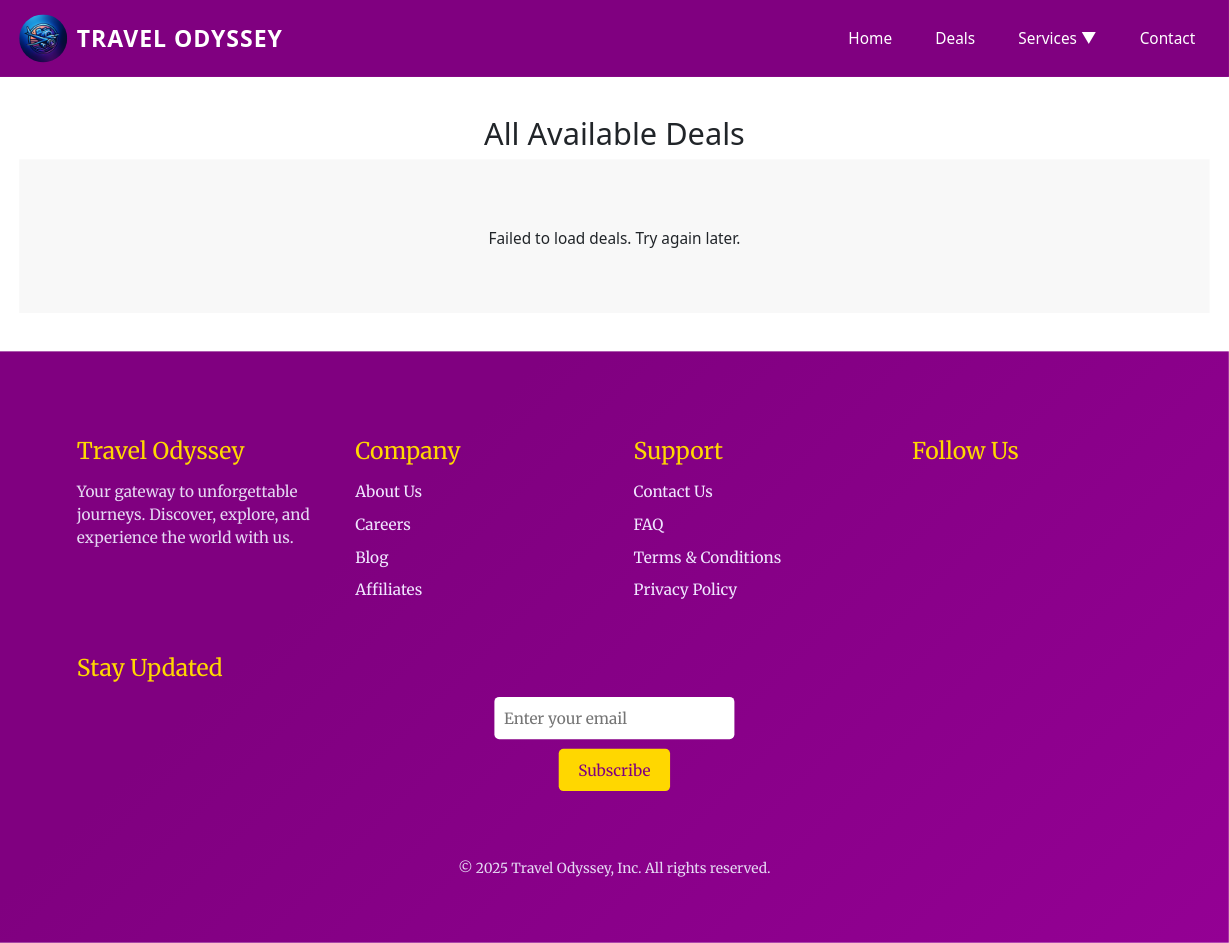
Repository: GHzPhoenix/Project-Odyssey
Page: Frontend/deals.html
An editor plug-in stored every save of this project. The page is shown before and after the next save, followed by the edit.
The browser window is 1280 px wide. The pictures show the whole page, at 96% of full size.
The page's requests for data from a server got no answer.

Above is the page before, as saved 2025-06-08 16:37:56.

### Frontend/deals.html
<!DOCTYPE html>
<html lang="en">
  <head>
    <meta charset="UTF-8" />
    <meta name="viewport" content="width=device-width, initial-scale=1" />
    <title>All Deals – Travel Odyssey</title>

    <link rel="stylesheet" href="/Frontend/css/style.css" />

    <link rel="preconnect" href="https://fonts.googleapis.com" />
    <link rel="preconnect" href="https://fonts.gstatic.com" crossorigin />
    <link
      href="https://fonts.googleapis.com/css2?family=Merriweather:wght@300;400;700;900&display=swap"
      rel="stylesheet"
    />
    <link
      href="https://cdn.jsdelivr.net/npm/bootstrap@5.3.3/dist/css/bootstrap.min.css"
      rel="stylesheet"
      crossorigin="anonymous"
    />
    <script
      src="https://cdn.jsdelivr.net/npm/bootstrap@5.3.3/dist/js/bootstrap.bundle.min.js"
      crossorigin="anonymous"
    ></script>

    <style>
      .no-deals {
        text-align: center;
        font-size: 1.1rem;
        color: #555;
        margin-top: 2rem;
      }
      .deal-card .btn-book {
        display: inline-block;
        margin-top: 0.5rem;
        background: #007bff;
        color: white;
        padding: 0.5rem 1rem;
        border-radius: 4px;
        text-decoration: none;
        font-size: 0.9rem;
      }
      .deal-card .btn-book:hover {
        background: #0056b3;
      }

      .card-button {
        display: inline-block;
        background-color: #007bff;
        color: #fff;
        padding: 0.5rem 1rem;
        border-radius: 4px;
        text-decoration: none;
        font-weight: 600;
        transition: background-color 0.2s ease;
        margin-top: 0.75rem;
      }

      .card-button:hover {
        background-color: #0056b3;
        text-decoration: none;
      }
    </style>
  </head>

  <body>
    <header>
      <nav>
        <div class="logo">
          <img src="/Frontend/assets/your-logo.png" alt="Logo" />
          Travel Odyssey
        </div>
        <div class="menu-toggle" onclick="toggleMenu()">
          <div></div>
          <div></div>
          <div></div>
        </div>
        <ul>
          <li><a href="index.html">Home</a></li>
          <li><a href="deals.html">Deals</a></li>
          <li>
            <a href="#">Services ▼</a>
            <div class="dropdown">
              <a href="membership.html">Memberships</a>
              <a href="dream.html">Plan your Trip</a>
              <a href="client-area.html">Client Area</a>
            </div>
          </li>
          <li><a href="contact.html">Contact</a></li>
        </ul>
      </nav>
    </header>

    <main>
      <h2 class="page-title">All Available Deals</h2>

      <section class="trending-deals">
        <div class="deals-container" id="deals-container"></div>
      </section>

      <p id="no-deals-message" class="no-deals" style="display: none">
        No deals available at the moment.
      </p>
    </main>

    <footer class="footer">
      <div class="footer-container">
        <div class="footer-section">
          <h3>Travel Odyssey</h3>
          <p>
            Your gateway to unforgettable journeys. Discover, explore, and
            experience the world with us.
          </p>
        </div>
        <div class="footer-section">
          <h3>Company</h3>
          <ul>
            <li><a href="aboutus.html">About Us</a></li>
            <li><a href="careers.html">Careers</a></li>
            <li><a href="blog.html">Blog</a></li>
            <li><a href="affiliates.html">Affiliates</a></li>
          </ul>
        </div>
        <div class="footer-section">
          <h3>Support</h3>
          <ul>
            <li><a href="contact.html">Contact Us</a></li>
            <li><a href="faq.html">FAQ</a></li>
            <li><a href="terms.html">Terms & Conditions</a></li>
            <li><a href="privacy.html">Privacy Policy</a></li>
          </ul>
        </div>
        <div class="footer-section">
          <h3>Follow Us</h3>
          <div class="social-icons">
            <a href="#"><i class="fab fa-facebook"></i></a>
            <a href="#"><i class="fab fa-instagram"></i></a>
            <a href="#"><i class="fab fa-twitter"></i></a>
            <a href="#"><i class="fab fa-youtube"></i></a>
          </div>
        </div>
        <div class="footer-section newsletter">
          <h3>Stay Updated</h3>
          <form action="#">
            <input type="email" placeholder="Enter your email" required />
            <button type="submit">Subscribe</button>
          </form>
        </div>
      </div>
      <div class="footer-bottom">
        <p>© 2025 Travel Odyssey, Inc. All rights reserved.</p>
      </div>
    </footer>

    <script>
      async function fetchAndRenderDeals() {
        try {
          const response = await fetch("http://127.0.0.1:5001/api/deals");
          if (!response.ok) throw new Error("Unable to fetch deals");
          const deals = await response.json();

          const container = document.getElementById("deals-container");
          container.innerHTML = "";

          if (deals.length === 0) {
            container.innerHTML =
              "<p class='no-deals'>No deals available at the moment.</p>";
            return;
          }

          deals.forEach((deal) => {
            const card = document.createElement("div");
            card.className = "card";

            const img = document.createElement("img");
            img.src = deal.image_url;
            img.alt = deal.name;
            img.className = "card-image";

            const info = document.createElement("div");
            info.className = "card-info";

            const title = document.createElement("h3");
            title.className = "card-title";
            title.textContent = deal.name;

            const subtext = document.createElement("p");
            subtext.className = "card-subtext";
            subtext.textContent = `${deal.location} • ${deal.activities}`;

            const dates = document.createElement("p");
            dates.className = "card-dates";
            const start = new Date(deal.start_date).toLocaleDateString(
              "en-US",
              {
                month: "short",
                day: "numeric",
                year: "numeric",
              }
            );
            const end = new Date(deal.end_date).toLocaleDateString("en-US", {
              month: "short",
              day: "numeric",
              year: "numeric",
            });
            dates.textContent = `${start} – ${end}`;

            const button = document.createElement("a");
            button.className = "card-button";
            button.href = `booking.html?deal=${deal.id}`;
            button.textContent = "Book Now";

            info.appendChild(title);
            info.appendChild(subtext);
            info.appendChild(dates);
            info.appendChild(button);

            card.appendChild(img);
            card.appendChild(info);

            container.appendChild(card);
          });
        } catch (err) {
          console.error("Error loading deals:", err);
          document.getElementById("deals-container").innerHTML =
            "<p class='error-message'>Failed to load deals. Try again later.</p>";
        }
      }

      window.addEventListener("DOMContentLoaded", fetchAndRenderDeals);
    </script>
  </body>
</html>

Loaded but not shown: Frontend/css/style.css (994 lines, source omitted)

After the next save:
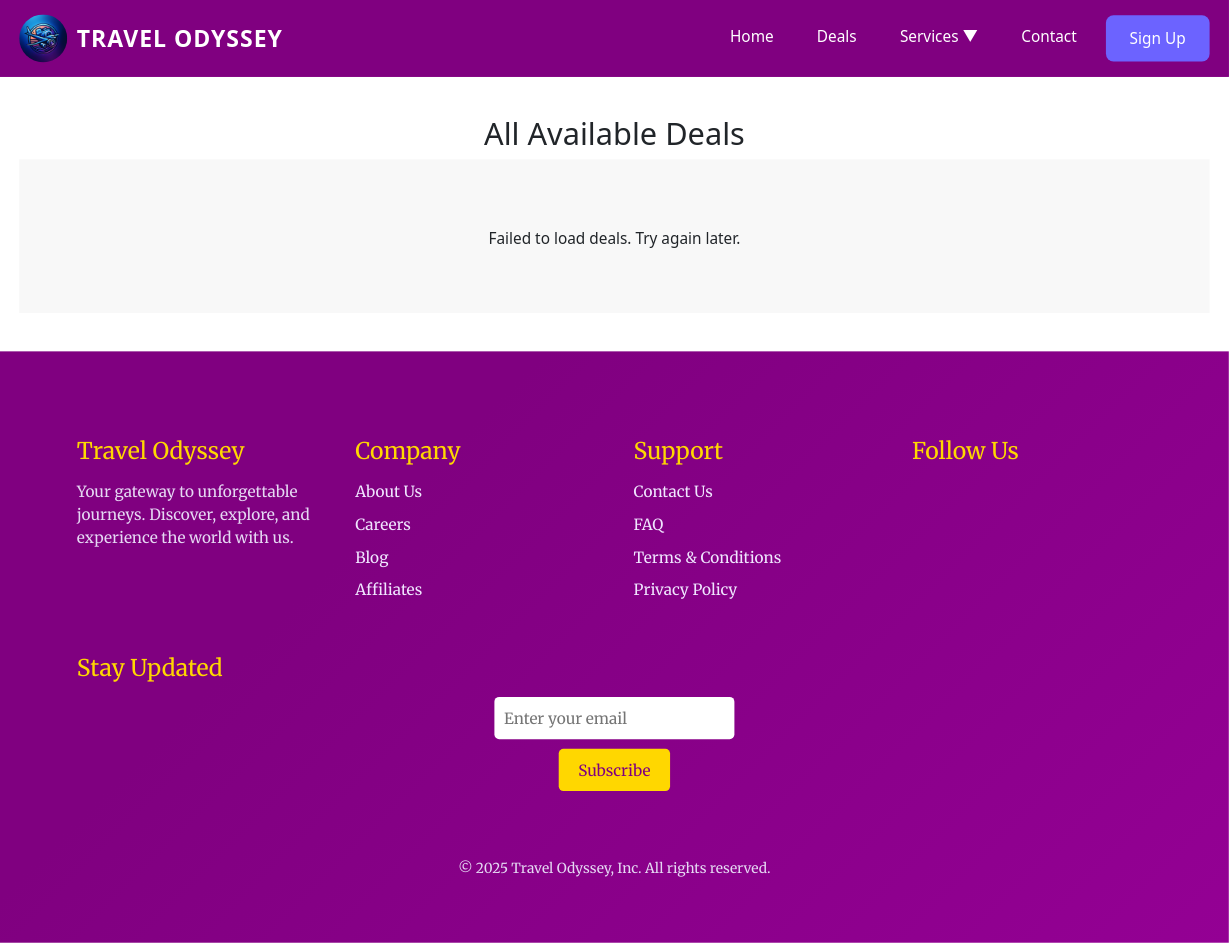
Saved 11 s later.
--- a/Frontend/deals.html
+++ b/Frontend/deals.html
@@ -75,10 +75,10 @@
           <div></div>
           <div></div>
         </div>
-        <ul>
+        <ul class="nav-menu">
           <li><a href="index.html">Home</a></li>
           <li><a href="deals.html">Deals</a></li>
-          <li>
+          <li class="dropdown-parent">
             <a href="#">Services ▼</a>
             <div class="dropdown">
               <a href="membership.html">Memberships</a>
@@ -87,6 +87,7 @@
             </div>
           </li>
           <li><a href="contact.html">Contact</a></li>
+          <li><a href="signup.html" class="signup-btn">Sign Up</a></li>
         </ul>
       </nav>
     </header>
